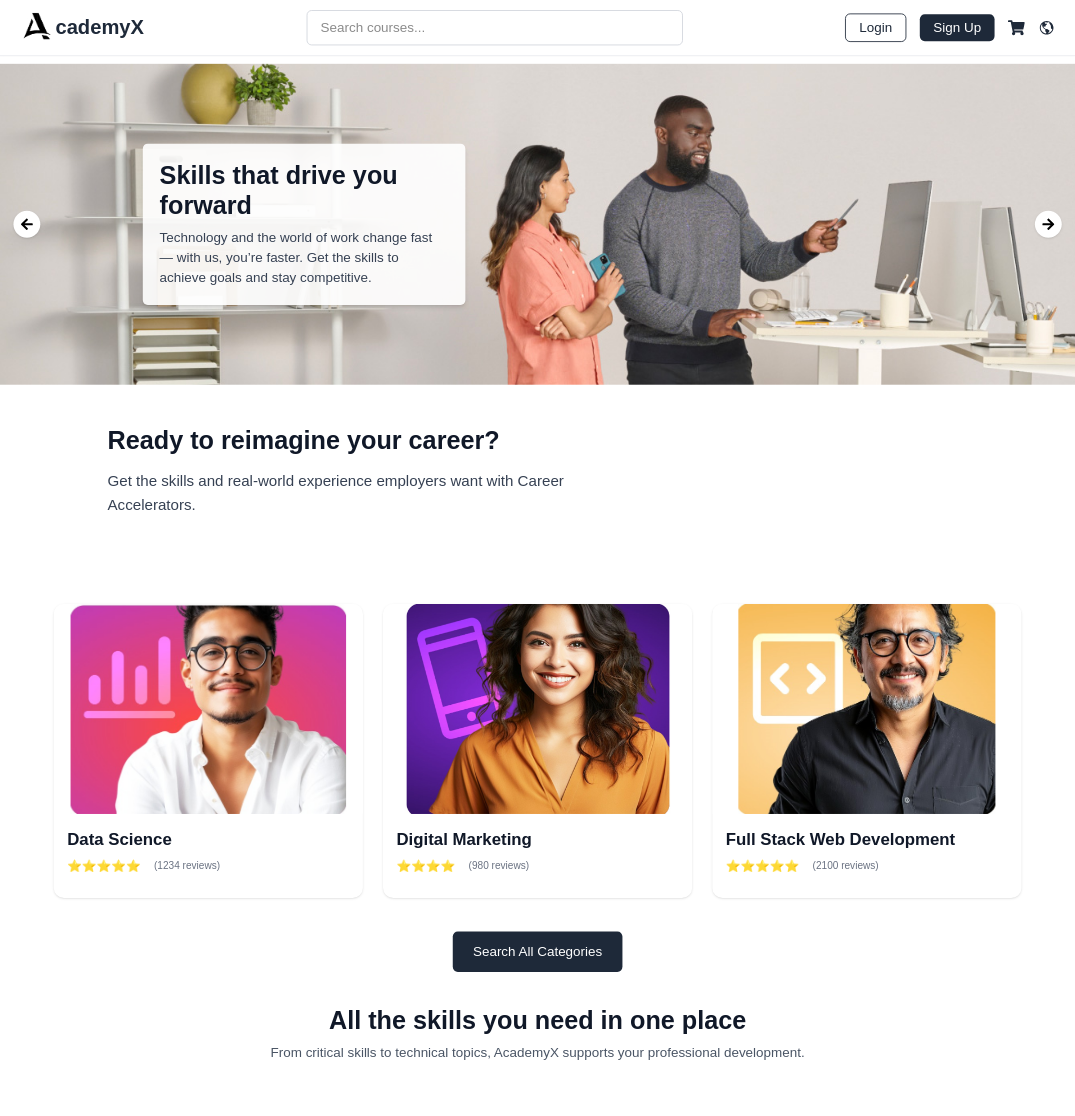
Repository: MohamedSalah54/full-stack-e-learning
Page: / (app in frontend/)
These files come from the project's save history. The page is drawn as it stood at one moment and after the next save; the edit follows.
The browser window is 1280 px wide. The pictures show the whole page, at 84% of full size.
The project was rebuilt for these pictures with package versions that can differ from the ones it lists, and the page was loaded fresh each time. The framework's server and built-in components were replaced by stand-ins that run in the browser. Also part of the build but not shown: frontend/next.config.ts.

Above is the page before, as saved 2025-06-15 14:23:37.

After the next save:
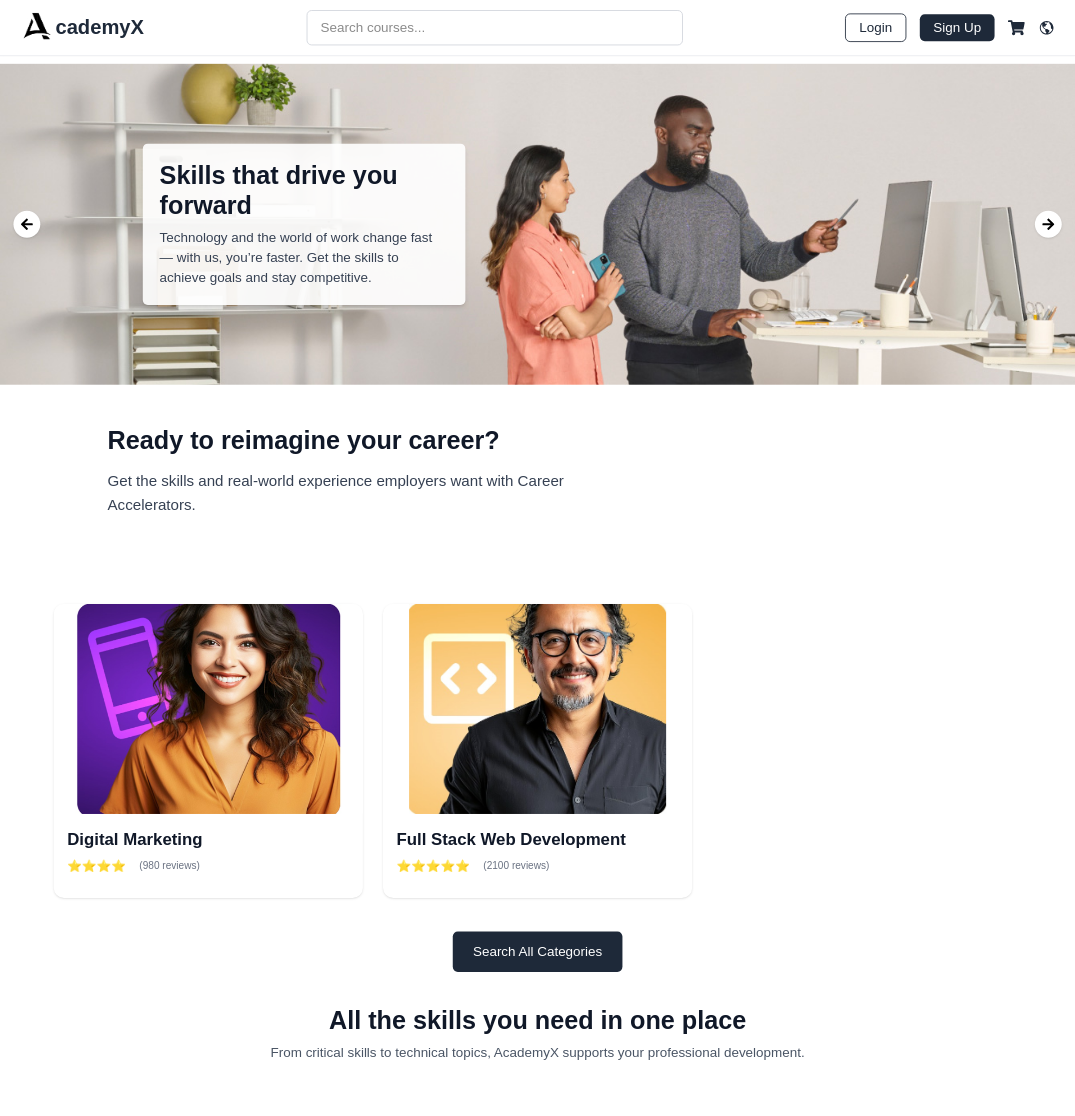
Saved 53 s later.
--- a/frontend/src/constants/index.ts
+++ b/frontend/src/constants/index.ts
@@ -13,12 +13,7 @@
 ];
 
 export const heroCategories = [
-    {
-        title: "Data Science",
-        image: "/data-science.jpg",
-        rating: 4.5,
-        reviews: 1234,
-    },
+
     {
         title: "Digital Marketing",
         image: "/digital-marketing.jpg",
